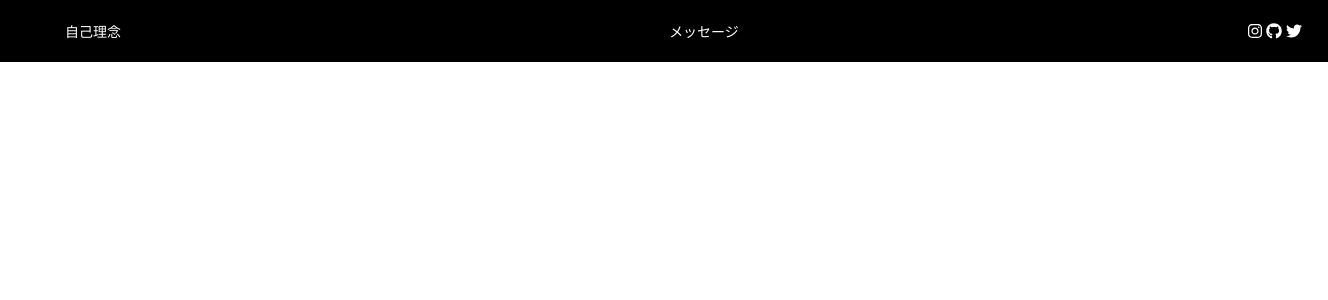
Repository: Rujuu-prog/react-mysite
Page: /philosophy
The author's editor kept a copy of each file at every save. The page is drawn from the files as they stood at one save, then again after the next save.
The browser window is 1280 px wide. The page is 1328 px wide, then 1280 px, so the pictures cover 1328 px, including what lies to the right of the window. The pictures show the whole page.
The project was rebuilt for these pictures with package versions that can differ from the ones it lists, and the page was loaded fresh each time. A package was used in the major version that the imports need, not the one package.json lists.

Above is the page before, as saved 2021-05-12 21:35:08.

After the next save:
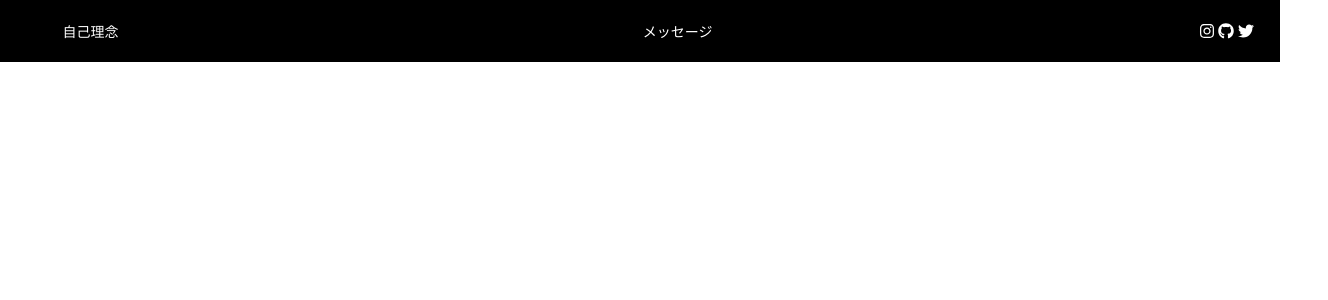
Saved 3 min 18 s later.
--- a/src/components/atoms/layout/Header.tsx
+++ b/src/components/atoms/layout/Header.tsx
@@ -15,7 +15,7 @@ const SHeader = styled.header`
     display: flex;
     justify-content: space-between;
     align-items: center;
-    width: 100%;
+    // width: 100%;
     height: 20%;
     background-color: black;
     color: #fff;
